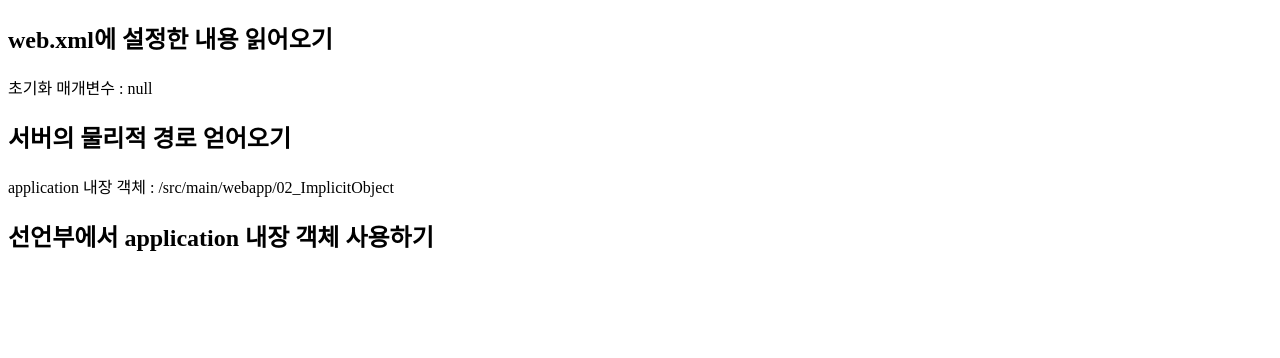
Repository: redi961/JSP_Studying
Page: http://localhost/MustHaveJSP/02_ImplicitObject/ApplicationMain.jsp
The author's editor kept a copy of each file at every save. The page is drawn from the files as they stood at one save, then again after the next save.
The browser window is 1280 px wide. The pictures show the whole page.
The page is served by Tomcat 9.

Above is the page before, as saved 2022-10-11 02:34:37.

After the next save:
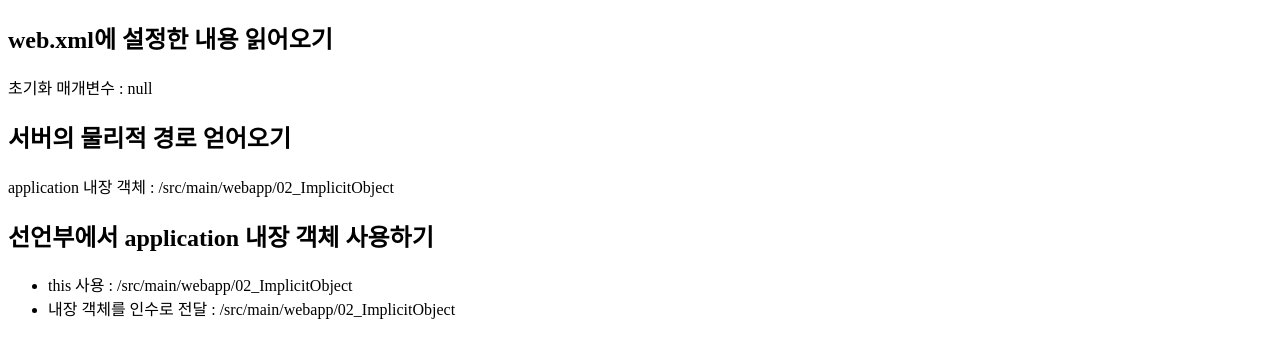
Saved 2 min 11 s later.
--- a/MustHaveJSP/src/main/webapp/02_ImplicitObject/ApplicationMain.jsp
+++ b/MustHaveJSP/src/main/webapp/02_ImplicitObject/ApplicationMain.jsp
@@ -17,9 +17,13 @@
 	public String useImplicitObject() {
 		return this.getServletContext().getRealPath("/02_ImplicitObject");
 	}
-	public String useImpllicitObject(ServletContext app) {
+	public String useImplicitObject(ServletContext app) {
 		return app.getRealPath("/02_ImplicitObject");
 	}
 	%>
+	<ul>
+		<li>this 사용 : <%= useImplicitObject() %></li>
+		<li>내장 객체를 인수로 전달 : <%= useImplicitObject(application) %>
+	</ul>
 </body>
 </html>
